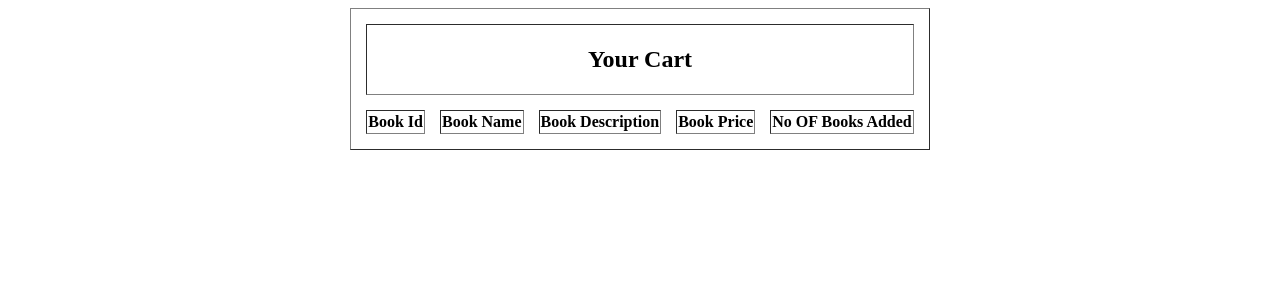
Repository: Rccalfa123/OnlineShopingCart
Page: http://localhost/OnlineBookShopping_Servlet-JSP/Cart.jsp
An editor plug-in stored every save of this project. The page is shown before and after the next save, followed by the edit.
The browser window is 1280 px wide. The pictures show the whole page.
The page is served by Tomcat 9.

Above is the page before, as saved 2018-08-09 10:07:02.

After the next save:
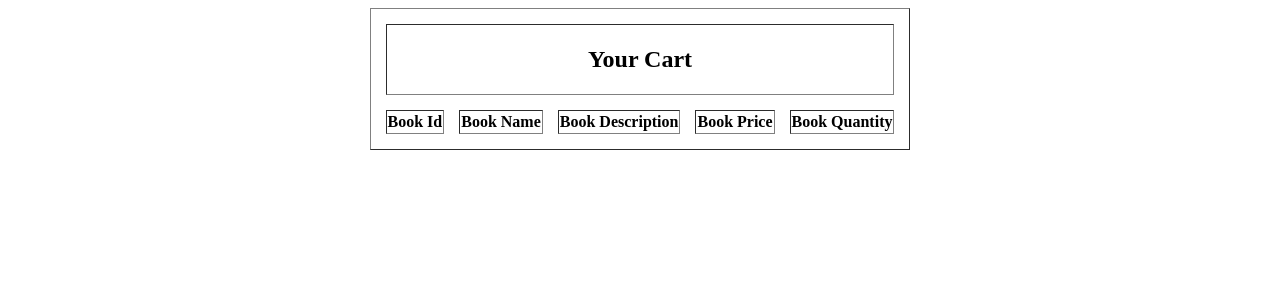
Saved 4 min 39 s later.
--- a/OnlineBookShopping_Servlet-JSP/WebContent/Cart.jsp
+++ b/OnlineBookShopping_Servlet-JSP/WebContent/Cart.jsp
@@ -22,7 +22,7 @@
 					<th height="20">Book Name</th>
 					<th height="20">Book Description</th>
 					<th height="20">Book Price</th>
-					<th height="20">No OF Books Added</th>
+					<th height="20">Book Quantity</th>
 
 				</tr>
 
